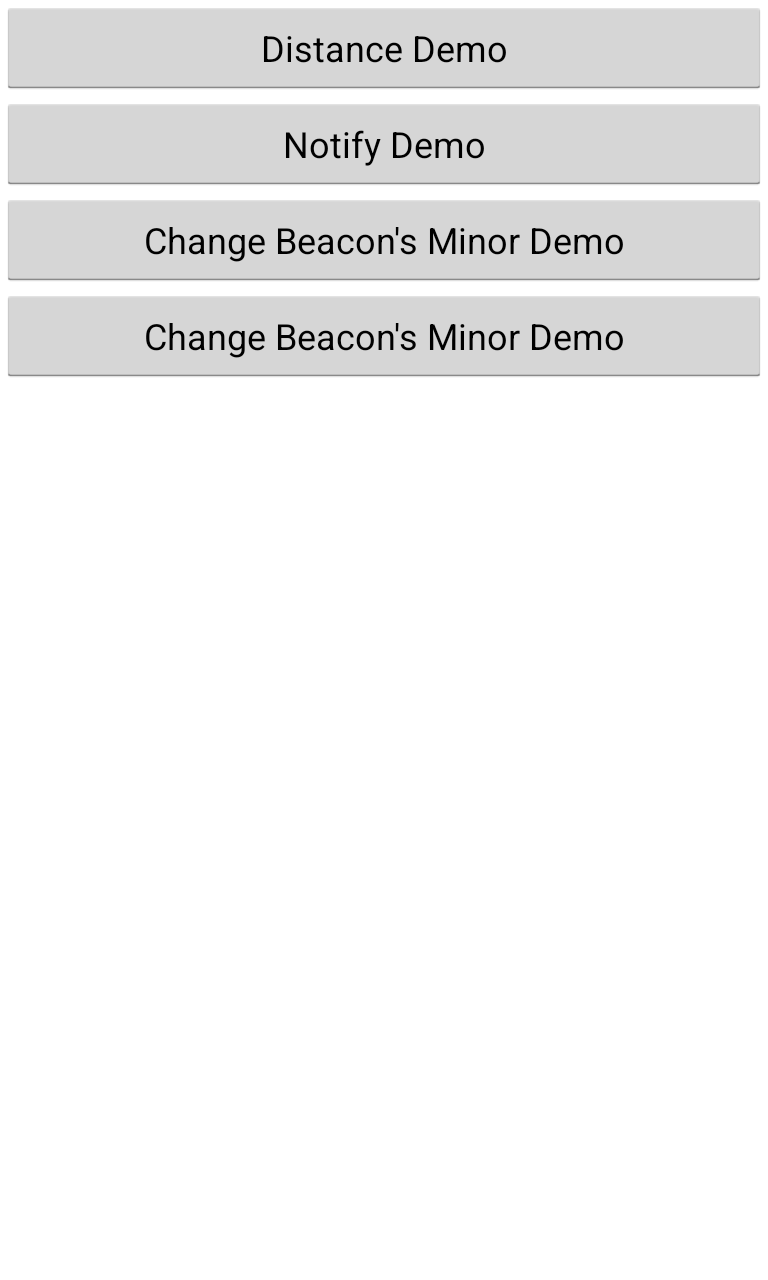
Repository: bregord/CloudOfHolding
Layout: CloudOfHolding/res/layout/all_demos.xml
The author's editor kept a copy of each file at every save. The layout is drawn from the files as they stood at one save, then again after the next save.
It is drawn on a 768 x 1280 px phone screen (xhdpi) without system bars, with theme android:Theme.Holo.Light; the app's code is not run.

Above is the layout before, as saved 2014-09-20 20:54:17.

After the next save:
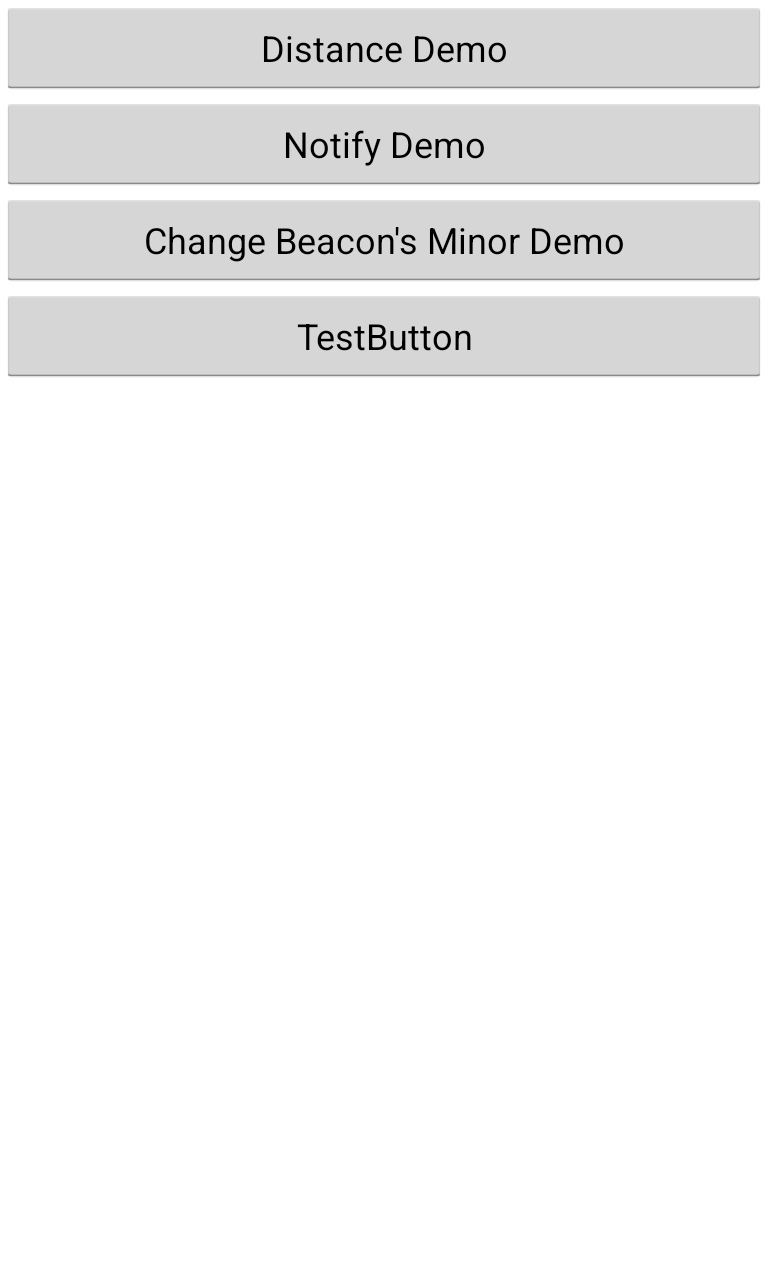
Saved 99 s later.
--- a/CloudOfHolding/res/layout/all_demos.xml
+++ b/CloudOfHolding/res/layout/all_demos.xml
@@ -27,7 +27,7 @@
       android:id="@+id/test_demo_button"
       android:layout_width="match_parent"
       android:layout_height="wrap_content"
-      android:text="Change Beacon's Minor Demo"/>
+      android:text="TestButton"/>
 
 
 </LinearLayout>
